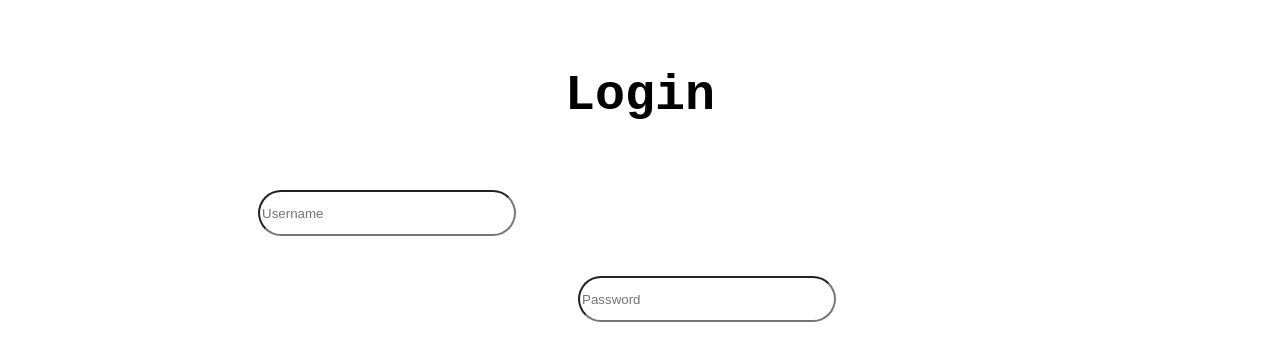
Repository: yhung004/TUTORIAL_PAGE
Page: log_in.html
These files come from the project's save history. The page is drawn as it stood at one moment and after the next save; the edit follows.
The browser window is 1280 px wide. The pictures show the whole page.

Above is the page before, as saved 2024-04-10 12:17:07.

After the next save:
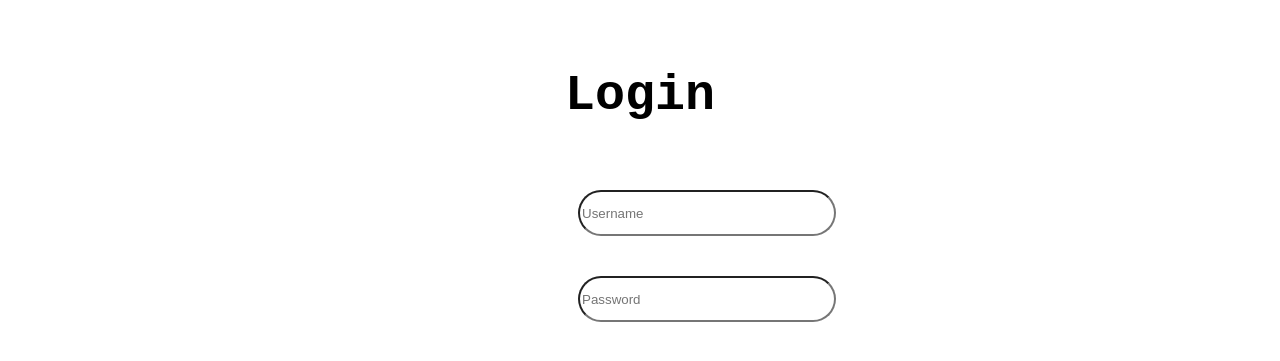
Saved 13 s later.
--- a/main.css
+++ b/main.css
@@ -47,7 +47,7 @@ a.button_a1 {
 .username {
     position: relative;
     border-radius: 30px;
-    left: 250px;
+    left: 570px;
     width: 250px;
     height: 40px;
 }
